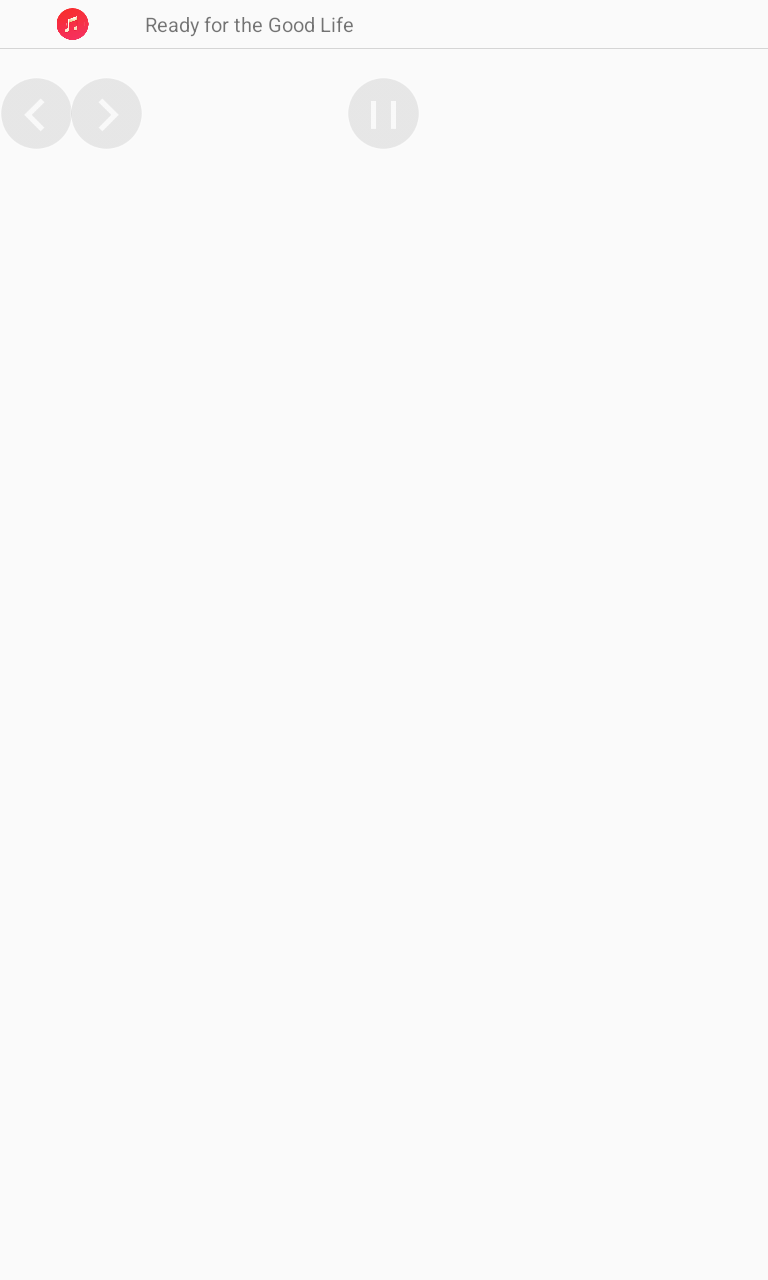
Repository: zhanjinwin/Projects
Layout: EclipseWorkspace/TestForceTouchPreviewWidget/res/layout/initial_widget_layout2.xml
An editor plug-in stored every save of this project. The layout is shown before and after the next save, followed by the edit.
It is drawn on a 768 x 1280 px phone screen (xhdpi) without system bars, with theme AppTheme; the app's code is not run.

Above is the layout before, as saved 2016-12-16 03:16:49.

### EclipseWorkspace/TestForceTouchPreviewWidget/res/layout/initial_widget_layout2.xml
<?xml version="1.0" encoding="utf-8"?>
<RelativeLayout xmlns:android="http://schemas.android.com/apk/res/android"
    android:layout_width="match_parent"
    android:layout_height="match_parent">

    <RelativeLayout
        android:id="@+id/title_bar"
        android:layout_width="wrap_content"
        android:layout_height="24dp">

        <ImageView
            android:id="@+id/title_icon"
            android:layout_width="wrap_content"
            android:layout_height="wrap_content"
            android:paddingLeft="8dp"
            android:paddingTop="4dp"
            android:paddingBottom="4dp"
            android:paddingRight="8dp"
            android:src="@drawable/ark_ic_launcher"/>
        <TextView
            android:id="@+id/title_tips"
            android:layout_toRightOf="@id/title_icon"
            android:layout_width="wrap_content"
            android:layout_height="match_parent"
            android:gravity="center_vertical"
            android:textSize="10sp"
            android:text="@string/widget_title"/>
    </RelativeLayout>

    <ImageView
        android:id="@+id/divider"
        android:layout_below="@id/title_bar"
        android:layout_width="match_parent"
        android:layout_height="1px"
        android:src="@color/divider_color"/>

    <RelativeLayout
        android:layout_below="@id/divider"
        android:layout_width="match_parent"
        android:layout_height="wrap_content"
        android:layout_marginTop="14dp"
        android:layout_marginBottom="14dp"
        android:layout_centerHorizontal="true">
		<ImageView
            android:id="@+id/prev_icon"
            android:layout_width="wrap_content"
            android:layout_height="wrap_content"
            android:layout_marginRight="35dp"
            android:src="@drawable/widget_prev_normal"/>
        <ImageView
            android:id="@+id/pause_icon"
            android:layout_width="wrap_content"
            android:layout_height="wrap_content"
            android:layout_centerInParent="true"
            android:src="@drawable/widget_pause_normal"/>

        <ImageView
            android:id="@+id/next_icon"
            android:layout_width="wrap_content"
            android:layout_height="wrap_content"
            android:layout_marginLeft="35dp"
            android:src="@drawable/widget_next_normal"/>
    </RelativeLayout>
</RelativeLayout>

### EclipseWorkspace/TestForceTouchPreviewWidget/res/values/strings.xml
<?xml version="1.0" encoding="utf-8"?>
<resources>

    <string name="app_name">TestForceTouchPreviewWidget</string>
    <string name="hello_world">Hello_world!</string>
    <string name="test_value">TestWidgetPreview</string>
    <string name="action_settings">Settings</string>
    <string name="widget_title">Ready for the Good Life</string>

</resources>

### EclipseWorkspace/TestForceTouchPreviewWidget/res/values/dimens.xml
<resources>

    <!-- Default screen margins, per the Android Design guidelines. -->
    <dimen name="activity_horizontal_margin">16dp</dimen>
    <dimen name="activity_vertical_margin">16dp</dimen>

	<color name="divider_color">#26000000</color>

</resources>

Loaded but not shown: EclipseWorkspace/TestForceTouchPreviewWidget/res/values/styles.xml (common file); EclipseWorkspace/TestForceTouchPreviewWidget/res/values-v11/styles.xml (common file); EclipseWorkspace/TestForceTouchPreviewWidget/res/values-v14/styles.xml (common file)

After the next save:
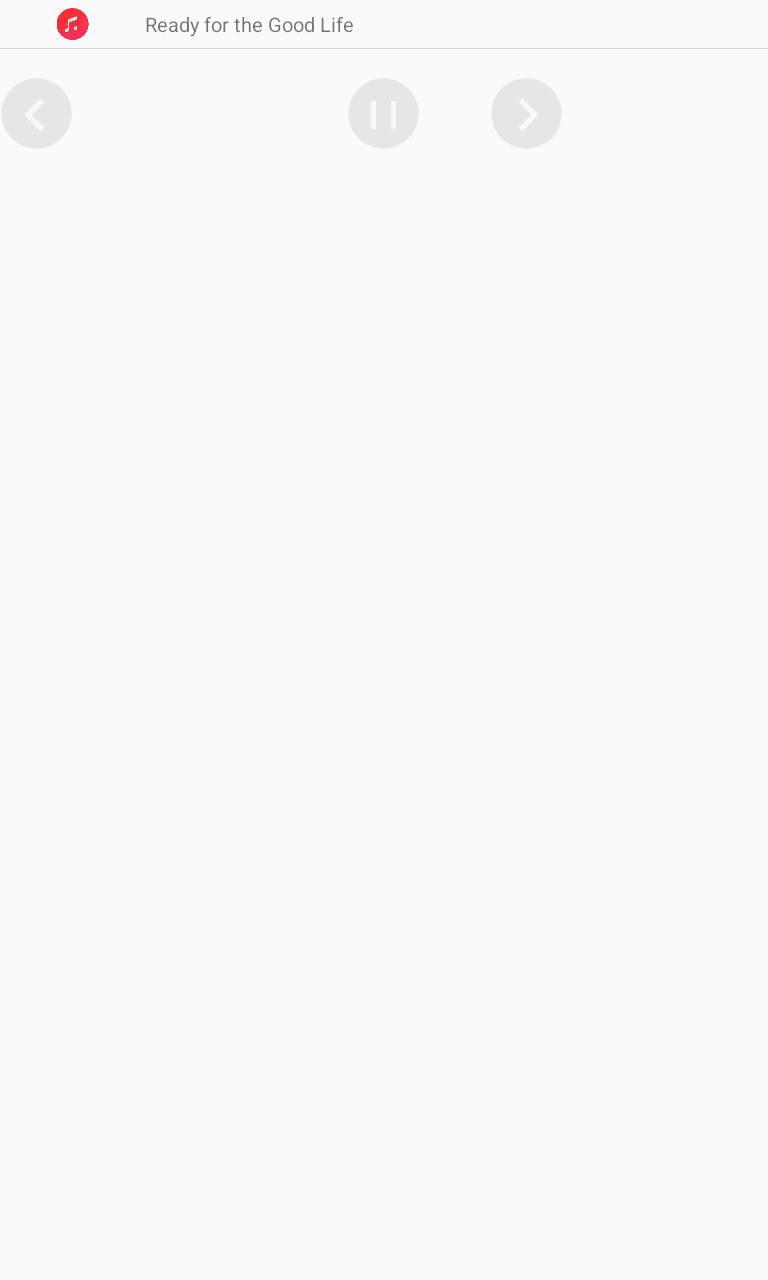
Saved 72 s later.
--- a/EclipseWorkspace/TestForceTouchPreviewWidget/res/layout/initial_widget_layout2.xml
+++ b/EclipseWorkspace/TestForceTouchPreviewWidget/res/layout/initial_widget_layout2.xml
@@ -58,6 +58,7 @@
             android:id="@+id/next_icon"
             android:layout_width="wrap_content"
             android:layout_height="wrap_content"
+            android:layout_toRightOf="@id/pause_icon"
             android:layout_marginLeft="35dp"
             android:src="@drawable/widget_next_normal"/>
     </RelativeLayout>
